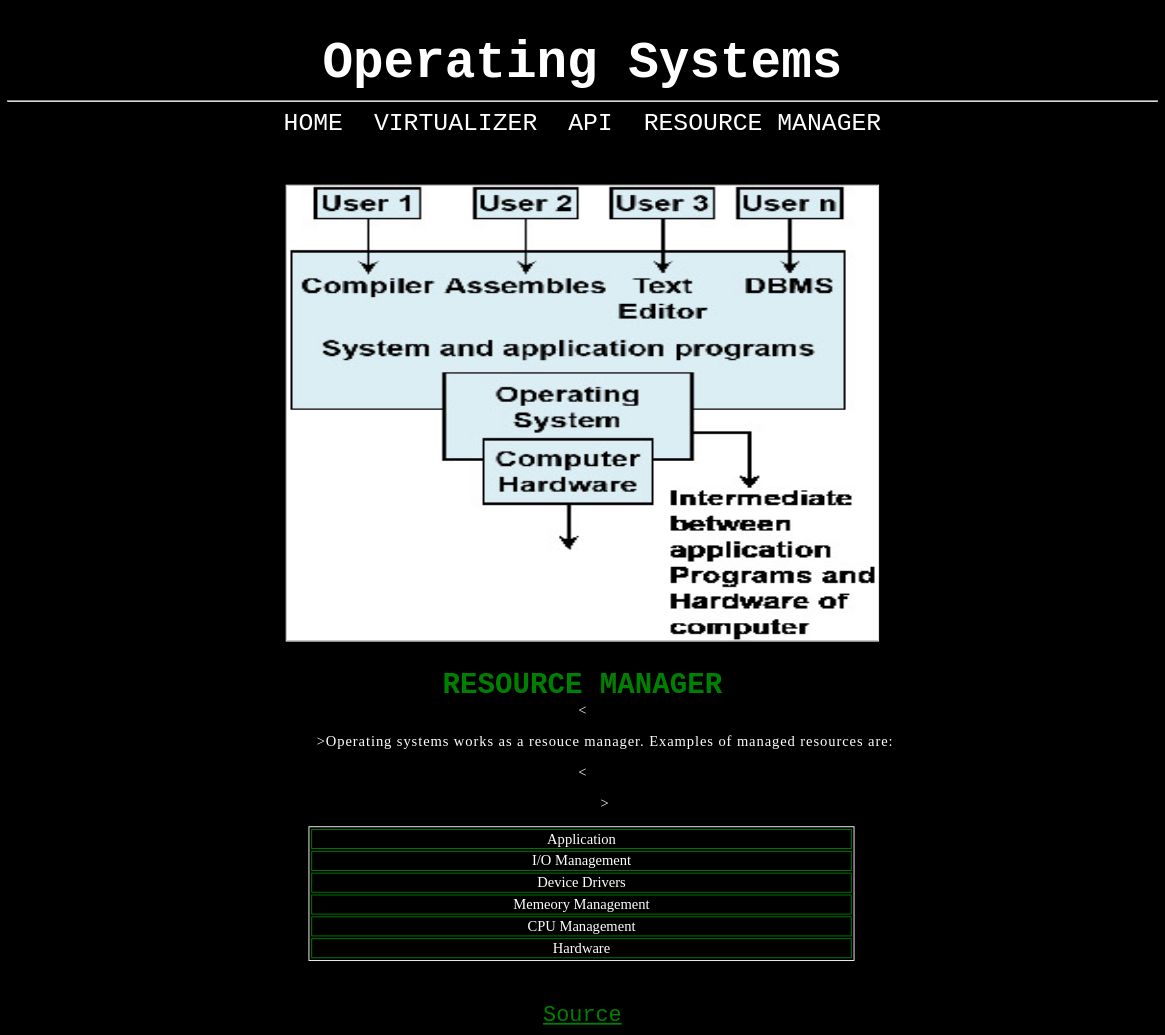
Repository: ctm93/web2
Page: http://localhost/page4.php
The author's editor kept a record of every edit. The page is drawn from the files as they stood at one moment, then again after the next edit.
The browser window is 1280 px wide. The pictures show the whole page, at 91% of full size.
Some web fonts or font styles are not loaded; a fallback is used. The page is run by PHP 8.4 with error messages shown; the project is at /var/www/html/.

Above is the page before.

After the next edit:
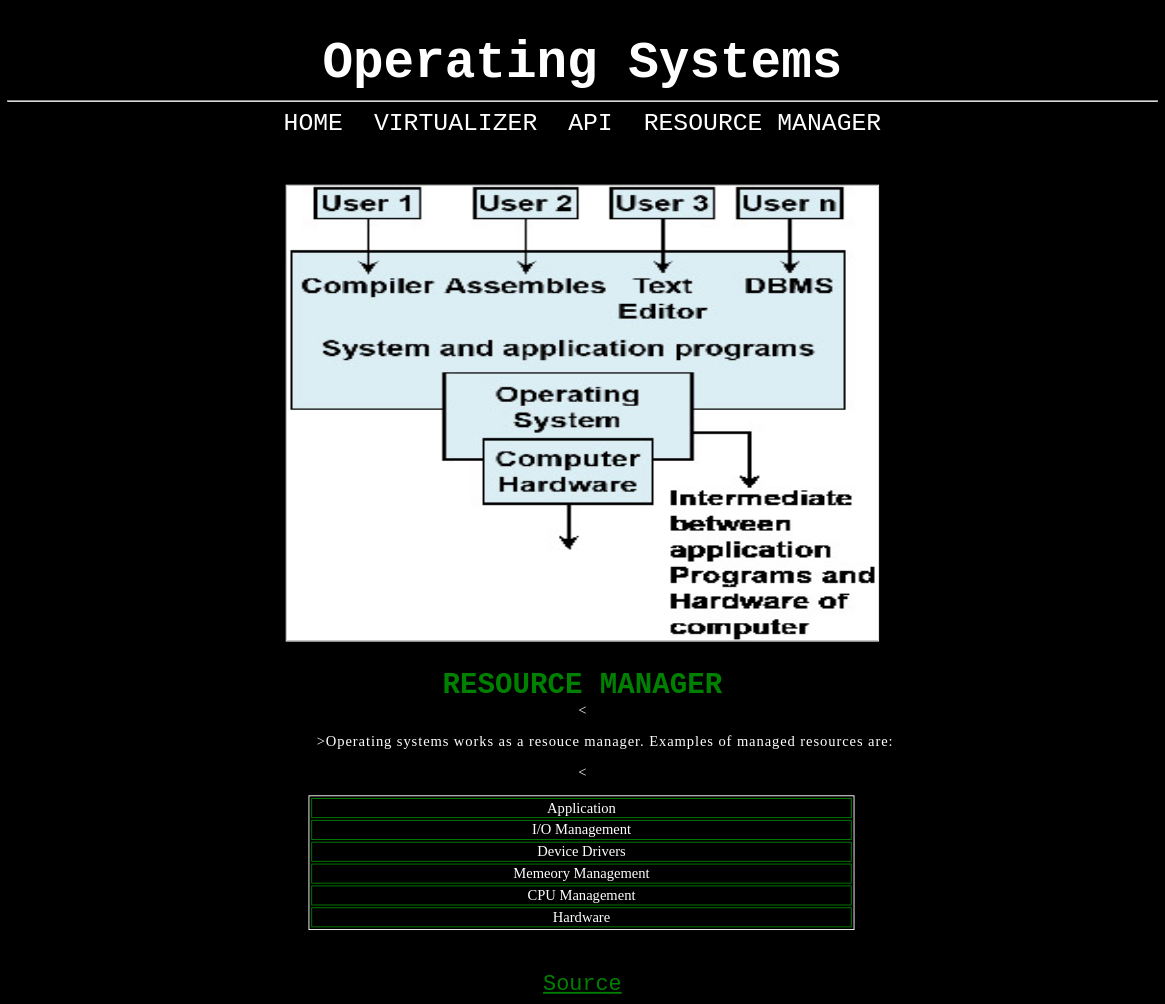
The edit:
--- a/page4.php
+++ b/page4.php
@@ -34,7 +34,7 @@
 
                 <<p class ="p2">>Operating systems works as a resouce manager. Examples of managed resources are:</p>
 
-                <<p class ="p3">>
+            <<p class ="p3">
                 <table>
                       <tr><td>Application</td></tr>
                       <tr><td>I/O Management</td></tr>
